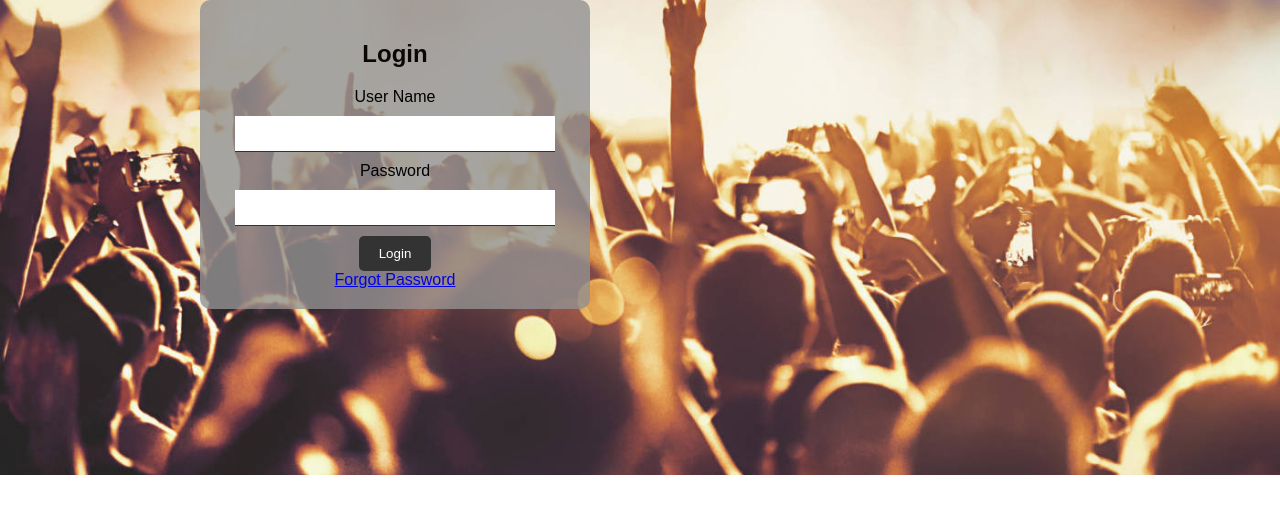
Repository: Dulankayapa/2ndyearoopprojrct
Page: http://localhost/feedback/login.jsp
The author's editor kept a copy of each file at every save. The page is drawn from the files as they stood at one save, then again after the next save.
The browser window is 1280 px wide. The pictures show the whole page.
The page is served by Tomcat 9. Other server files are loaded and not shown.

Above is the page before, as saved 2023-10-23 03:17:35.

### feedback/src/main/webapp/login.jsp
<!DOCTYPE html>
<html>
<head>
    <meta charset="UTF-8">
    <title>Beautiful Login Page</title>
    <style>
        body {
             background-image: url("Case-Event-economics.jpg");
    background-size: cover;
    background-position: center;
    background-repeat: no-repeat;
            font-family: Arial, sans-serif;
             margin: 0;
        }

        .login-container {
            background: rgba(147, 145, 145, 0.8);
            border-radius: 10px;
            text-align: center;
            padding: 20px;
            width: 350px;


            margin-left: 200px;
        }

        h2 {
            color: #0b0707;
        }

        input[type="text"],
        input[type="password"] {
            width: 300px;
            padding: 10px;
            margin: 10px 0;
            border: none;
            border-bottom: 1px solid #333;
            outline: none;
        }

        input[type="submit"] {
            background-color: #333;
            color: #fff;
            padding: 10px 20px;
            border: none;
            border-radius: 5px;
            cursor: pointer;
        }

        input[type="submit"]:hover {
            background-color: #0a0808;
        }
    </style>
</head>
<body>
<div class="login-container">
    <form action="log" method="post">
        <h2>Login</h2>
        User Name <input type="text" name="uid" required><br>
        Password <input type="password" name="pass" required><br>
        <input type="submit" name="submit" value="Login"><br>
        <a href = "updateaccount.jsp">Forgot Password</a>
    </form>
    </div>
</body>
</html>

After the next save:
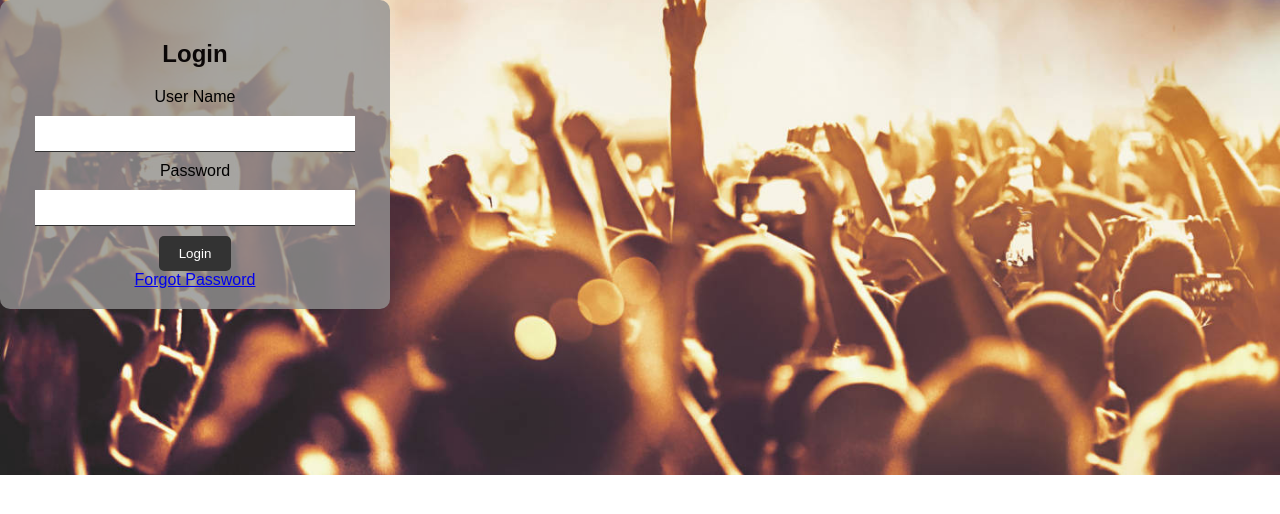
Saved 39 s later.
--- a/feedback/src/main/webapp/login.jsp
+++ b/feedback/src/main/webapp/login.jsp
@@ -21,7 +21,7 @@
             width: 350px;
 
 
-            margin-left: 200px;
+
         }
 
         h2 {
